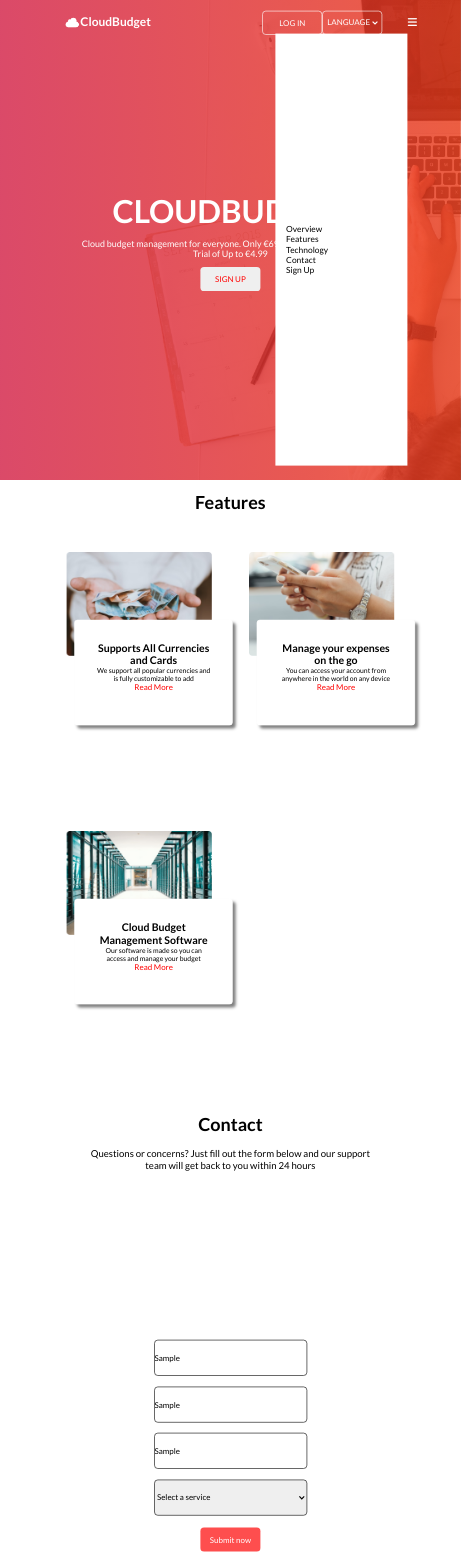
Repository: havvanurrana/website3
Page: index.html
The author's editor kept a copy of each file at every save. The page is drawn from the files as they stood at one save, then again after the next save.
The browser window is 768 px wide. The page is 791 px wide, so the pictures cover 791 px, including what lies to the right of the window. The pictures show the whole page, at 60% of full size.
Empty fields were first filled with sample values (such as "Sample", 5 or name@example.com).
After loading, the first visible `#menu` was clicked once.

Above is the page before, as saved 2024-08-05 20:38:51.

### index.html
<!DOCTYPE html>
<html lang="tr">
  <head>
    <meta charset="UTF-8" />
    <meta name="viewport" content="width=device-width, initial-scale=1.0" />
    <title>CloudBudget</title>
    <link rel="stylesheet" href="style.css" />
    <link
      rel="stylesheet"
      href="https://cdnjs.cloudflare.com/ajax/libs/font-awesome/6.5.2/css/all.min.css"
      integrity="sha512-SnH5WK+bZxgPHs44uWIX+LLJAJ9/2PkPKZ5QiAj6Ta86w+fsb2TkcmfRyVX3pBnMFcV7oQPJkl9QevSCWr3W6A=="
      crossorigin="anonymous"
      referrerpolicy="no-referrer"
    />
    <link
      href="https://fonts.googleapis.com/css2?family=Lato:wght@400;700&display=swap"
      rel="stylesheet"
    />
  </head>
  <body>
    <section class="overview-section">
        <div class="linear-gradient"></div>
        <div class="content">
            <h3>CLOUDBUDGET</h3>
            <p>
                Cloud budget management for everyone. Only €69.95 a Month After a 7
                Day Trial of Up to €4.99
            </p>
            <button>SIGN UP</button>
        </div>
    </section>
    <header class="header-menu">
        <div class="markaamblem">
            <img src="assets/cloud.png" />
            <h3>CloudBudget</h3>
        </div>
        <nav class="navbar">
            <a href="#" class="navbarsect">Overview</a>
            <a href="#" class="navbarsect">Features</a>
            <a href="#" class="navbarsect">Technology</a>
            <a href="#" class="navbarsect">Contact</a>
            <a href="#" class="navbarsect">Sign Up</a>
        </nav>
        <div class="buttons">
            <button>LOG IN</button>
            <button>
                <select id="Language " name="Language">
                    <option value="">LANGUAGE</option>
                    <option value="uk">UK</option>
                    <option value="turk">Turkish</option>
                    <option value="sp">Spanish</option>
                    <option value="fr">French</option>
                </select>
            </button>
            <div id="menu" class="toggle-menu">
                <input type="checkbox" id="switch">
                <button>
                    <label for="switch" class="fas fa-bars"></label>
                </button>

            </div>
        </div>
    </header>

    <!--features kısmı -->
    <div class="featureshead">
        <h1>Features</h1>
    </div>
    <div class="features">
        <div class="featuressection">
            <div class="img">
                <img src="../assets/money.png" />
            </div>
            <div class="featurescard">
                <div>
                    <h1>Supports All Currencies and Cards</h1>
                </div>
                <div>
                    <p>
                        We support all popular currencies and is fully customizable to add
                    </p>
                </div>
                <button>Read More</button>
            </div>
      </div>
      <div class="featuressection">
          <div>
                <div class="img">
                    <img src="../assets/hand.png" />
                </div>
                <div class="featurescard">
                    <h1>Manage your expenses on the go</h1>
                        <p>
                          You can access your account from anywhere in the world on any
                          device
                        </p>
                    <button>Read More</button>
                </div>
            </div>
      </div>
          <div class="featuressection">
              <div>
                    <div class="img">
                        <img src="../assets/building.png" />
                    </div>
                    <div class="featurescard">
                          <h1>Cloud Budget Management Software</h1>
                          <p>Our software is made so you can access and manage your budget</p>
                          <button>Read More</button>
                    </div>
              </div>
          </div>
    </div>
    <!--contact kısmı-->
    <section >
        <div class="contact">
        <div class="contact-text">
            <h1>Contact</h1>
            <br><br>
            <p>
              Questions or concerns? Just fill out the form below and our support
              team will get back to you within 24 hours
            </p>
        </div>
        <div class="input">
            <input
            type="text"
            id="username"
            name="username"
            placeholder="First Name"
            />
            <input
            type="text"
            id="username"
            name="username"
            placeholder="Last Name"
            />
            <input
            type="text"
            id="username"
            name="username"
            placeholder="Phone Number"
            />

            <select id="service" name="service">
            <option value="">Select a service</option>
            <option value="service1">Service 1</option>
            <option value="service2">Service 2</option>
            <option value="service3">Service 3</option>
            <option value="service4">Service 4</option>
            </select>
            <br><br>
            <button>Submit now</button>
        </div>
    </div>
    </section>
    <script>
            document.getElementById('menu').addEventListener('click', function() {
            const navbar = document.querySelector('.header-menu .navbar');
            navbar.classList.toggle('active');
        });
    </script>
  </body>
</html>

### style.css

/* genel*/

*{
   margin:0;
   padding: 0;
   box-sizing: border-box;
   outline: none;
   border: none;
   text-decoration: none;
   font-family: Lato;
}

html {
    font-size: 62.5%;
    overflow-x: hidden;
    scroll-behavior: smooth;
    scroll-padding-top: 9rem ;
 }
h1{
   font-size: 30px;
}
 /* header menu ve  amblem ve ilk ekran cssleri*/
button{
   cursor: pointer;
}
.markaamblem{
   display: flex;
   justify-content:space-between;
   color: white;
   cursor: pointer;
}

.header-menu{
   width: 96%;
   display: flex;
   justify-content: space-between;
   align-items: center ;
   padding: 0 7%;
   margin: 2rem 7%;
   z-index: 3;
   top: 0;
   position:absolute;
}
.header-menu .markaamblem img{
   height: 3rem;
}
.header-menu .markaamblem h3{
   font-size: 20px ;
}
.header-menu .navbar a{
   margin: 0 2rem;
   font-size: 1.6rem;
   color: rgb(0, 0, 0);
   z-index: 2;
}
  .header-menu button{
   border: 1px , solid, rgb(255, 255, 255);
   border-radius: 6px;
   color:rgb(255, 255, 255);
   width: 100px;
   height: 40px;
   gap: 0px;
   background-color: transparent;
}
 .header-menu .buttons{
   padding-left: 10px;
   display: flex;
   justify-content: flex-end;
}
#menu{
   display: none;
}
.overview-section{
   min-height: 100vh;
   display: flex;
   text-align: center;
   align-items: center;
   justify-content: center;
   background:  url(../assets/image1.png)
   no-repeat;
   background-size: cover;
}

.overview-section .content {
   max-width: 60rem;
   margin: 0.5rem;
   z-index: 2;
}

.overview-section .content h3{
   font-size: 6rem;
   margin: 0.5rem;
   color: white;
}

.overview-section .content p{
   font-size: 1.7rem;
   margin: 1.5rem;
   color: white;
}

.overview-section .content button{
   border:1px;
   width: 100px;
   height: 40px;
   border-radius: 6px;
   color: red;
}

.linear-gradient{
   min-height: 100vh;
   width: 100%;
   display: flex;
   z-index: 1;
   background: linear-gradient(90deg, rgba(213, 32, 71, 0.8) 0%, rgba(238, 61, 27, 0.8) 100%);
   position: absolute;
}

.buttons select{
   background: none;
   color: white;
}

/* features kısmı*/

/* başlık*/

.featureshead{
   text-align: center;
   justify-content: center;
   margin: 1rem;
   padding: 1rem;
}

/* Kartlar*/

.features{
   display: grid;
   grid-template-columns: repeat(auto-fit, minmax(30rem, 1fr));
   margin:3rem;
   padding: 0 7%;
}
.featurescard{
   border-radius:0.6rem;
   border: 1px, solid, rgb(255, 255, 255);
   width: 30rem;
   height: 20rem;
   text-align: center;
   justify-content: center;
   align-items: center;
   padding: 4rem;
   margin: 3rem;
   background-color: white;
   transform: translate(-5%,-50%);
   box-shadow: 5px 5px 5px rgba(0, 0, 0,0.5);
}
.featuressection{
   justify-content: center;
   align-items: center;
   margin: 1rem;
   padding: 2.5rem;
}
.features img{
   width: 100%;
   object-fit: cover;
}
.featurescard h1{
   font-size: 2rem;
}
.featurescard p{
   font-size: 1.3rem;
}
.featurescard button{
   border: none;
   background-color: transparent;
   color: red;
}

/*Contact kısmı */

.contact{
   display: flex;
   flex-direction: row;
   margin: 2rem;
   justify-content: center;
}
.contact div{
   text-align: center;
   justify-content:center;
   align-items: center;
   padding: 0 8%;
   margin: 3rem;
}
.contact h1{
   font-size: 30px;
}
.contact p{
   font-size: 16px;
}
 .contact .contact-text{
   width: 30%;
   height: 40rem;
}
input{
   width: 255px;
   height: 60px;
   border: 1px, solid, black;
   border-color: rgb(0, 0, 0);
   border-radius: 6px;
   margin: 1rem;
}
.contact select{
   width: 255px;
   height: 60px;
   border: 1px, solid, black;
   border-color: rgb(0, 0, 0);
   border-radius: 6px;
   margin: 1rem;
}
.contact button{
   width: 100px;
   height: 40px;
   border-radius: 6px;
   color: white;
   background-color: rgb(254, 78, 78);
}
.contact .input{
   width: 40%;
   height: 40rem;
   align-items: center;
   justify-content: center;
   text-align: center;
}

input{
   width: 255px;
   height: 60px;
   border: 1px, solid, black;
   border-color: rgb(0, 0, 0);
   border-radius: 6px;
   margin: 1rem;
}
.contact select{
   width: 255px;
   height: 60px;
   border: 1px, solid, black;
   border-color: rgb(0, 0, 0);
   border-radius: 6px;
}
.contact button{
   width: 100px;
   height: 40px;
   border-radius: 6px;
   color: white;
   background-color: rgb(254, 78, 78);
}


/* Toggle menu ve responsive kısım */
@media (max-width: 1000px) {
   html {
       font-size: 55%;
   }
}

@media (max-width: 800px) {
   #menu {
       display: inline-block;
   }

   .header-menu .navbar {
       display: none;
       flex-direction: column;
       position: absolute;
       top: 95%;
       left: 55%;
       background-color: white;
       height: calc(100vh - 9rem);
       width: 25rem;
       right: -100%;
       transition: right 0.3s ease;
       color: black;
       justify-content: center;
   }

   .header-menu .navbar.active {
       display: flex;
       right: 0;
   }

   .toggle-menu button {
       background: none;
       border: none;
       color: rgb(255, 255, 255);
       font-size: 2rem;
   }
   #switch {
      display: none;
  }

   .contact {
      flex-direction: column;
      align-items: center;
   }
   .contact .contact-text,
   .contact .input {
      width: 80%;
      margin: 1rem 0;
   }
}

After the next save:
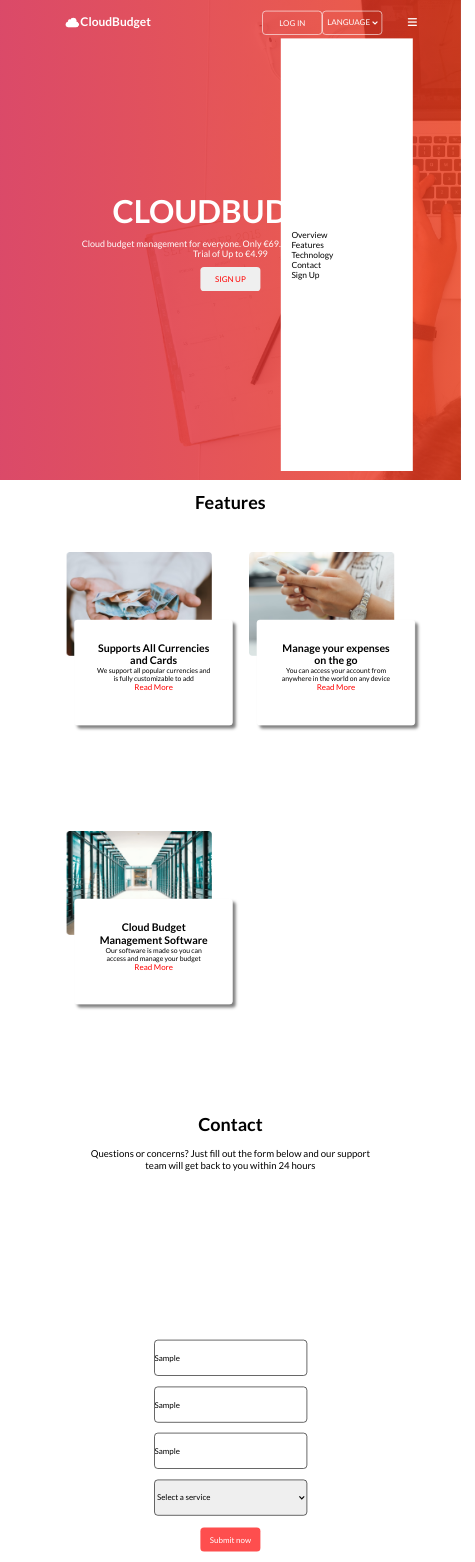
Saved 69 s later.
--- a/style.css
+++ b/style.css
@@ -282,6 +282,7 @@
        transition: right 0.3s ease;
        color: black;
        justify-content: center;
+       margin: 1rem;
    }
 
    .header-menu .navbar.active {

After the 2 saves that followed:
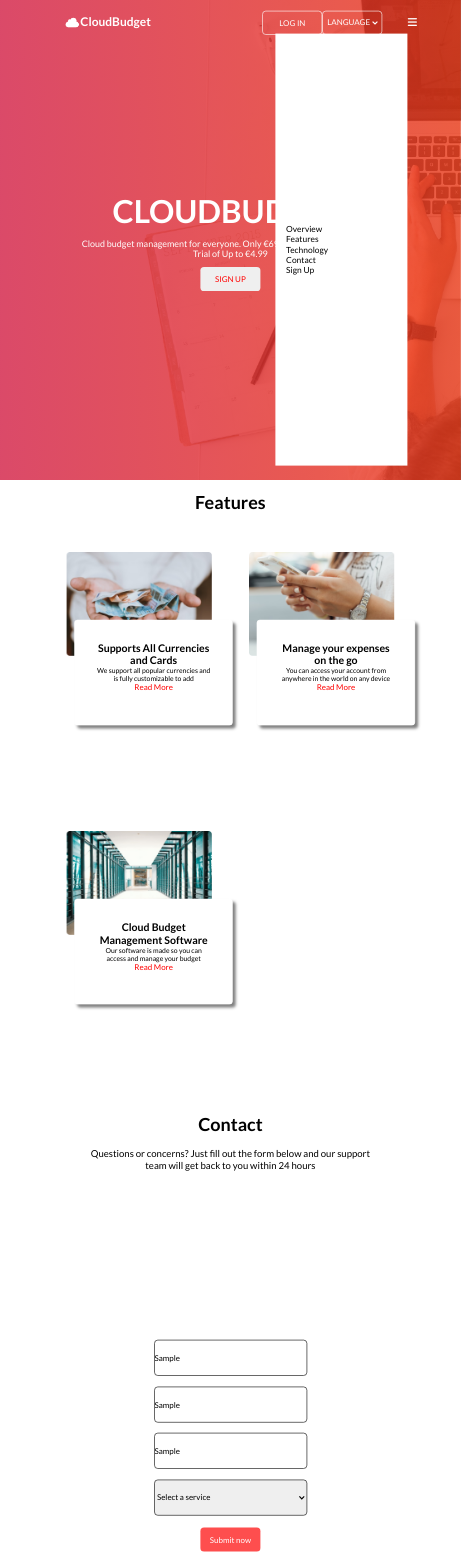
The 2 saves are shown as one change because 1 left the picture as it was.
The last was saved 63 s later.
--- a/style.css
+++ b/style.css
@@ -282,7 +282,7 @@
        transition: right 0.3s ease;
        color: black;
        justify-content: center;
-       margin: 1rem;
+
    }
 
    .header-menu .navbar.active {
